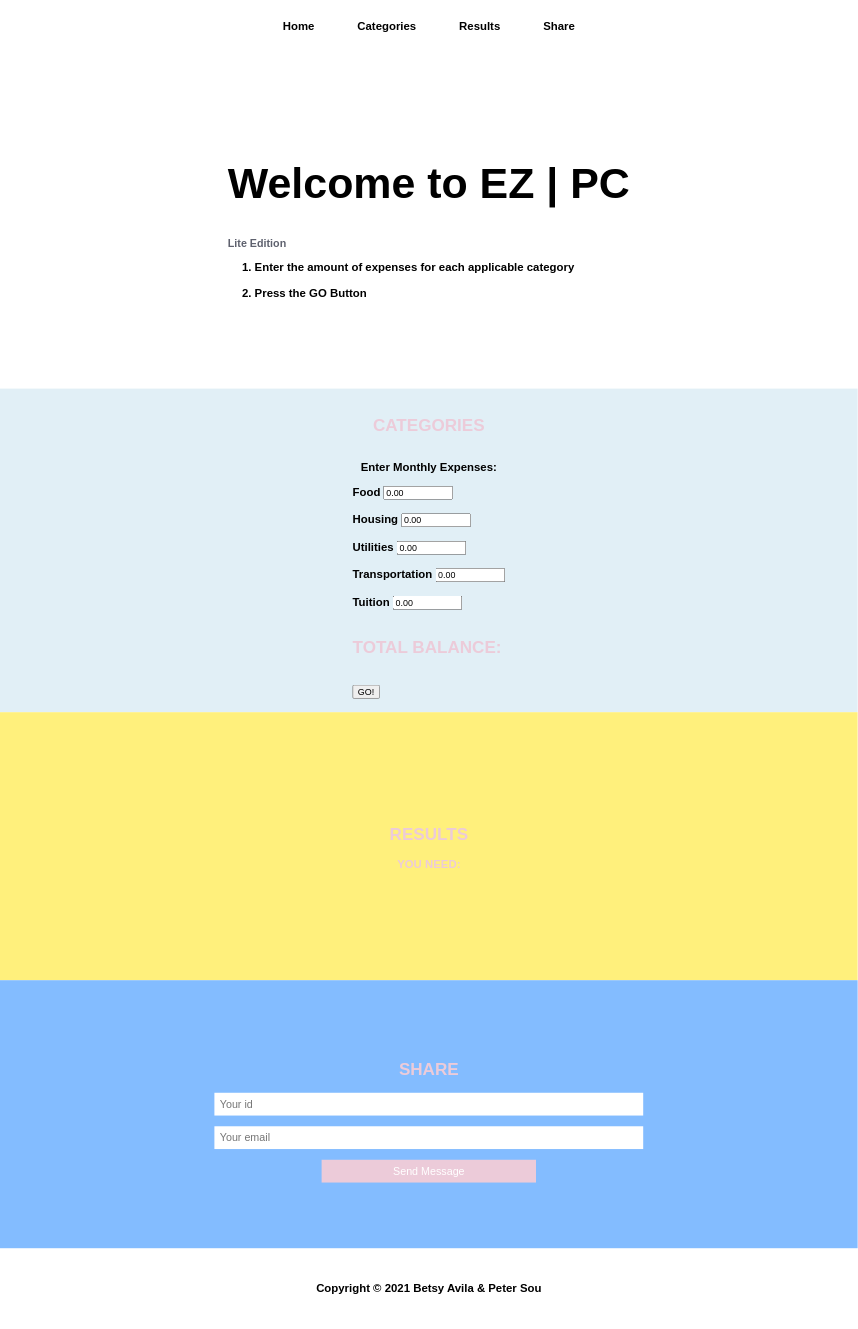
Repository: Peter-Sou/CSE-111-Project-1
Page: http://localhost/
An editor plug-in stored every save of this project. The page is shown before and after the next save, followed by the edit.
The browser window is 1280 px wide. The pictures show the whole page, at 67% of full size.
Some web fonts or font styles are not loaded; a fallback is used. The page is served by the project's application, run on Django 3.2 (manage.py). Other server files are loaded and not shown.

Above is the page before, as saved 2021-12-07 18:28:14.

### ezPC/EZPCAPP/templates/EZPCAPP/hi.html
{% load static %}
<!DOCTYPE html>
<html lang="en">
<head>
    <meta charset="UTF-8">
    <title>EZ | PC </title>
    <link rel="preconnect" href="https://fonts.gstatic.com">
    <link href="https://fonts.googleapis.com/css2?family=Josefin+Sans:wght@300&display=swap" rel="stylesheet">
    <!--Resposive meta tag to make this webpage page looking good on mobile browser-->
    <meta id="viewport" content="width=device-width, initial-scale=1.0">

    <link rel="shortcut icon" type="image/png" href="assets/favicon.png" />
    <!--Include styles.css file to this webpage-->
    <link rel="stylesheet" href ="{%static 'css/main.css' %}">
    <!--Include script.js file to this webpage-->
    {% comment %} <script type="module" src="script.js"></script> {% endcomment %}
</head>
<body>
    <nav>
		<a href = "#header">Home</a>
		<a href = '#Categories'>Categories</a>
		<a  href = '#Results'>Results</a>
		<a href = "#Share">Share</a>
    </nav>
    <header id = 'header'>
        <div>
            <h1>Welcome to EZ | PC</h1>
            <h3>Lite Edition</h3>
            <p></p>
            <ol>
                <li>Enter the amount of expenses for each applicable category</li>
                <br>
                <li>Press the GO Button</li>
                </ol>
        </div>
        {% comment %} <img src="assets/profile_professional.jpg"> {% endcomment %}
	</header>
    <section id = 'Categories'>
	    <h2>Categories</h2>
		<p><strong>Enter Monthly Expenses:</strong> </p>

		<form>
		    <div>
			    <label for = "food">Food</label>
				<input type="number" id= "Food" min="0.00" step="0.01" max="30000" value="0.00" />
			</div>
			<br>
			<div>
			    <label for = "Housing">Housing</label>
				<input type="number" id="Housing" min="0.00" step="0.01" max="30000" value="0.00" />
			</div>
			<br>
			<div>
			    <label for = "Utilities">Utilities</label>
				<input type="number" id= "Utilities" min="0.00" step="0.01" max="30000" value="0.00" />
			</div>
			<br>
			<div>
			    <label for = "Transportation">Transportation</label>
				<input type="number" id= "Transportation" min="0.00" step="0.01" max="30000" value="0.00" />
			</div>
			<br>
			<div>
			    <label for = "Tuition">Tuition</label>
				<input type="number" id = "Tuition" min="0.00" step="0.01" max="30000" value="0.00" />
			</div>
			<br>
			<div>
			    <h2>Total Balance: </h2>
				<h2 id = "total"></h2>
            </div>
			<br>
            <button onclick = "CalcSum()">GO!</button>
		</form>

		</section>
		<section id = 'Results'>
			<div>
				<h2>Results</h2>
				<p id = "total">You need: </p>
			</div>
		</section>
		<section id = 'Share'>
			<h2>Share</h2>
			<form action = '/survey/checkout' method = 'post' enctype= "multipart/form-data">
				<input type="id" placeholder='Your id' required>
				<input type="email" placeholder='Your email' required>
				<button>Send Message</button>
				<input type='hidden' id='redirecturl' value='thankyou.html'>
				<input type='hidden' id='survey' value='Share'>
			</form>
		</section>

		<main></main>
		<footer id = "foot">
			<div>Copyright © 2021 Betsy Avila & Peter Sou</div>
		</footer>
	</body>

</html>

### ezPC/EZPCAPP/views.py
from django.shortcuts import render
from django.http import HttpResponse
def hi(request):
    return render(request,'EZPCAPP/hi.html')

### ezPC/ezPC/urls.py
"""ezPC URL Configuration

The `urlpatterns` list routes URLs to views. For more information please see:
    https://docs.djangoproject.com/en/3.2/topics/http/urls/
Examples:
Function views
    1. Add an import:  from my_app import views
    2. Add a URL to urlpatterns:  path('', views.home, name='home')
Class-based views
    1. Add an import:  from other_app.views import Home
    2. Add a URL to urlpatterns:  path('', Home.as_view(), name='home')
Including another URLconf
    1. Import the include() function: from django.urls import include, path
    2. Add a URL to urlpatterns:  path('blog/', include('blog.urls'))
"""
from django.contrib import admin
from django.urls import path, include


urlpatterns = [
    path('admin/', admin.site.urls),
    path('', include('EZPCAPP.urls'))
]

### ezPC/EZPCAPP/urls.py

from django.urls import path
from . import views

urlpatterns = [
    path('', views.hi, name="home-page"),
]

### ezPC/EZPCAPP/static/css/main.css
*{
	box-sizing: border-box;
}
html{
	scroll-behavior: smooth;
}

body {
	display:flex;
	flex-direction: column;
	align-items:center;
	justify-content:space-between;

	margin:0;
	padding:0;
	min-height:100vh;

	font-family: 'Josefin Sans', sans-serif;/*link href in the head tag*/
	font-size: 17px;
	font-weight:bold;
}

body > * {
	display: flex;
	align-items: center;
	justify-content:center;

}
nav{
	color: black;
	background-color: white;
	height:80px;
	width: 100%;

	max-width:500px;
	justify-content: space-around;
	flex-wrap: wrap;

	position: sticky;
	top:0;
}
/*select all a elements/tags in nav*/
nav a{
	text-decoration: none;
	color: black;
	margin: 0 12px;

}
nav > a{
	margin: 0 10px;
	color: black;
}

a: hover{
	color:#80ffe8;
}

header {
	color:black;
	background-color: white;
	height:500px;
	width:100%;
}
header h1 {
	font-size: 64px;
	text-align: center;
}

header h2 {
	font-size: 40px;
	margin: 0;
	color: #eccbd9;
	/* Make all of the characters to uppercase*/
	text-transform: uppercase;
}

header h3 {
	font-size: 16px;
	margin: 0;
	color: #5E616E;
	text-align:left;
}

header img {
	max-width: 100%;
	height: auto;
	background-color: #fff;
	border-radius: 100%;
	margin-left: 40px;
}

#Categories{
	color:black;
	background-color:#E1EFF6;
	min-height:400px;
	width:100%;
	padding: 20px 0;
	flex-direction: column;

}

#Categories h2{
	color: #eccbd9;
	text-transform:uppercase;
}

#Results{

	color:black;
	background-color:#fff07c;
	min-height:400px;
	width:100%;
	padding: 20px 0;


	display: flex;
	align-items: center;
	justify-content: center;

}
#Results{
	color: #eccbd9;
	text-transform:uppercase;
}

#Results > div{
	max-width:auto;
	width:100%;
	/* padding: top right bottom left */
	padding: 16px 40px 16px 40px;

	/*a in rgba is the alpha channel that specifies the opacity for a color
	background-color: rgba(0, 0, 0, 0.4);*/
	margin:20px 0;
	/* Define the text color in this div box*/
	text-align: center;

}

#Share{
	color:black;
	background-color:#83bcff;
	min-height:400px;
	padding: 20px 0;
	width:100%;
	flex-direction: column; /*keeps the text in the  middle of the colored square*/
}

#Share h2{
	color: #eccbd9;
	text-transform: uppercase;
}

#Share form{
	max-width:640px;
	width:100%;
	display:flex;
	flex-direction: column;
	align-items:center;
}

#Share form >*{
	font-family: 'Josefin Sans', sans-serif;
}

#Share input{
	width:100%;
	font-size: 16px;
	padding: 8px;
	border: none;
	margin-bottom: 16px;

}

#Share textarea{
	width:100%;
	font-size: 16px;
	padding: 8px;
	border: none;
	margin-bottom: 16px;
	height: 120px;
	resize: none;
}

#Share button{
	width: 50%;
	background-color: #eccbd9;
	color:white;
	padding: 8px 16px;
	font-size: 16px;
	border:none;
	cursor:pointer;

}

footer {
	height: 120px;
	display: flex;
	flex-direction: column;
	align-items: center;
	justify-content: center;

}

footer .links{
	display:flex;
	align-items:center;
	justify-content: space-evenly;
	width:120px;
	margin-bottom:8px;

}

footer .links img{
	max-width:100%;
	height:auto;
}

After the next save:
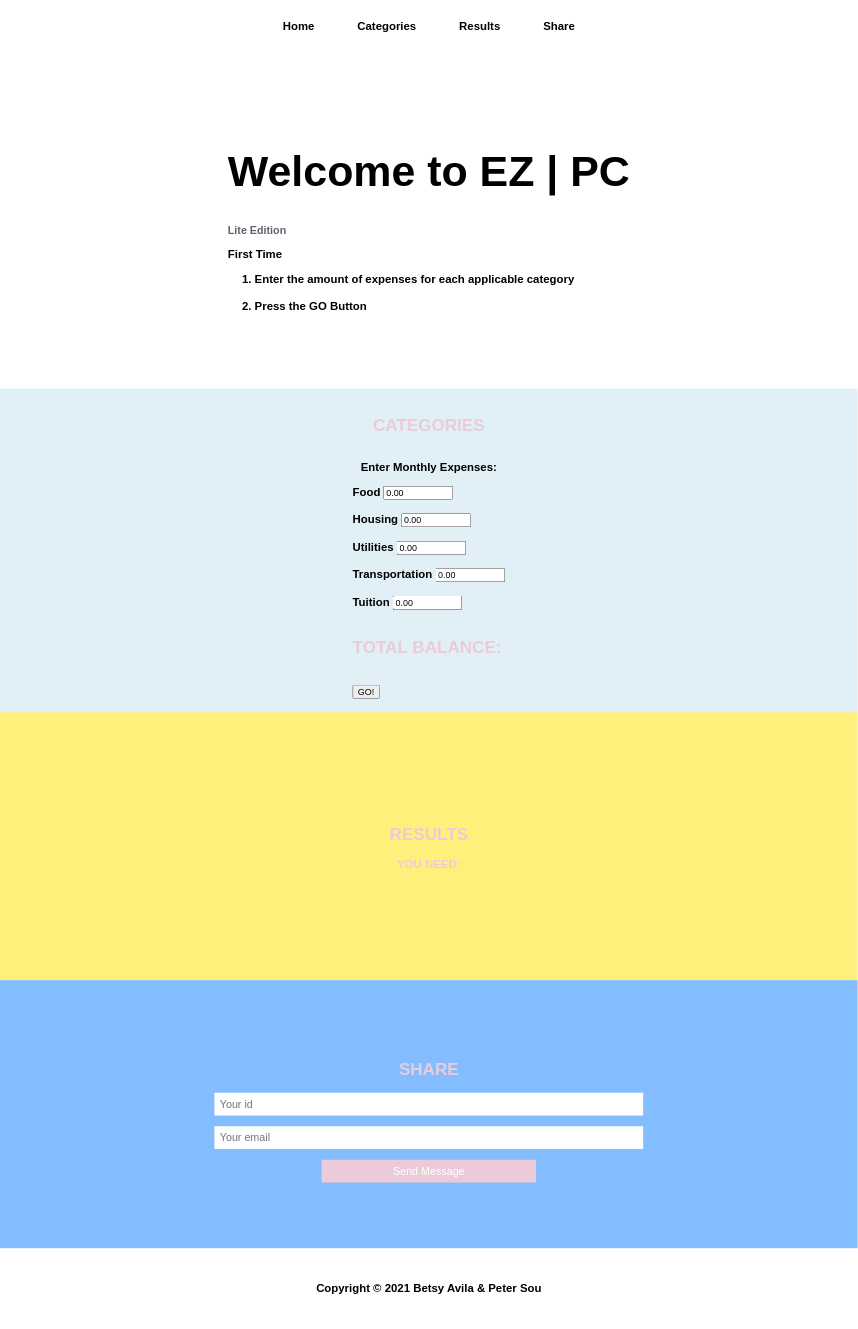
Saved 7 s later.
--- a/ezPC/EZPCAPP/templates/EZPCAPP/hi.html
+++ b/ezPC/EZPCAPP/templates/EZPCAPP/hi.html
@@ -26,7 +26,7 @@
         <div>
             <h1>Welcome to EZ | PC</h1>
             <h3>Lite Edition</h3>
-            <p></p>
+            <p>First Time </p>
             <ol>
                 <li>Enter the amount of expenses for each applicable category</li>
                 <br>
